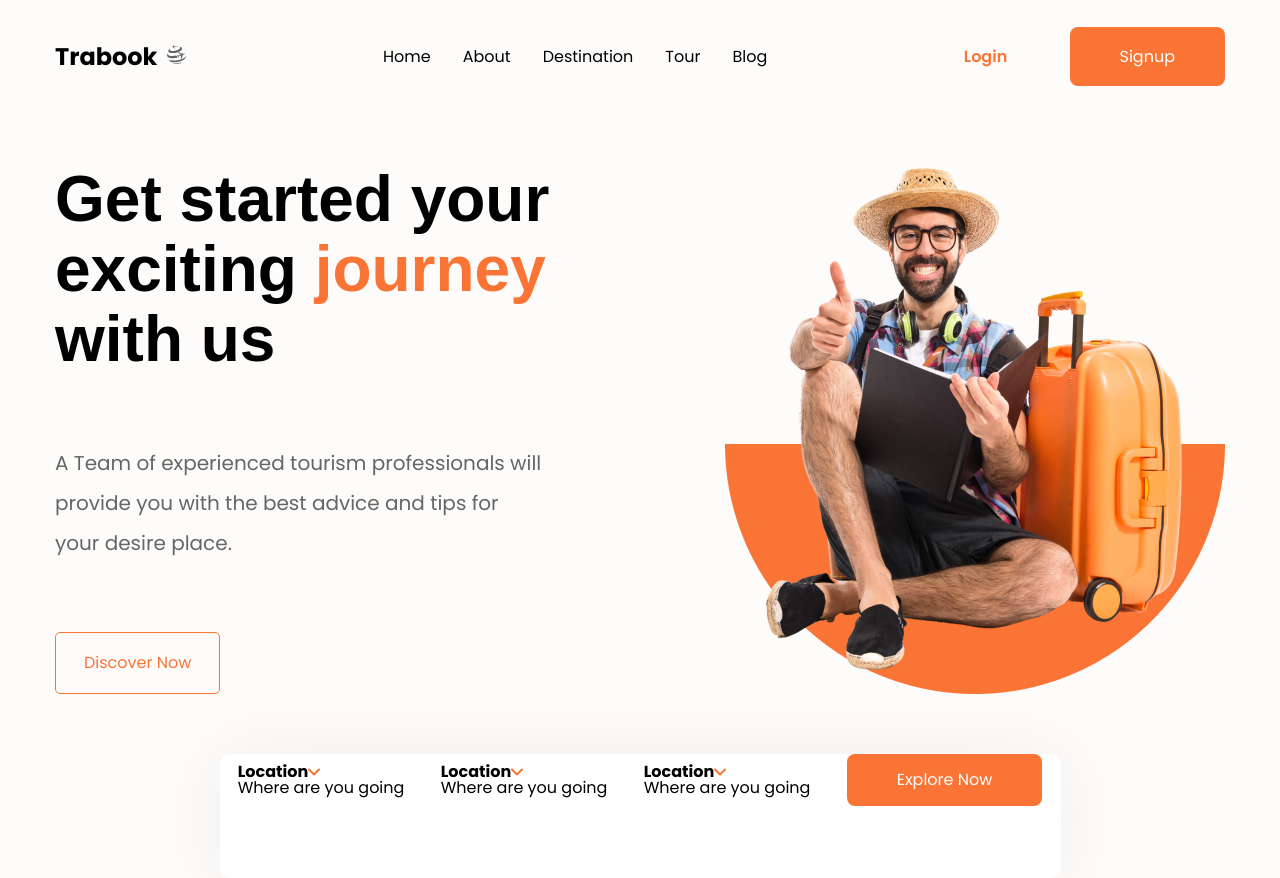
Repository: phobo99/phobo99.github.io
Page: Trabook/index.html
These files come from the project's save history. The page is drawn as it stood at one moment and after a run of saves; the edit follows.
The browser window is 1280 px wide. The pictures show the whole page.
Some web fonts or font styles are not loaded; a fallback is used. Some web libraries are served in a nearby version. The style sheet was rebuilt from its Sass, Less or Tailwind sources for each picture, by a compiler version that may differ from the author's.

Above is the page before, as saved 2022-06-18 23:13:47.

### Trabook/index.html
<!DOCTYPE html>
<html lang="en">

<head>
    <meta charset="UTF-8">
    <meta http-equiv="X-UA-Compatible" content="IE=edge">
    <meta name="viewport" content="width=device-width, initial-scale=1.0">
    <title>Responsive</title>
    <link
        href="https://fonts.googleapis.com/css2?family=Poppins:wght@300;400;500;600;700&family=Volkhov:wght@400;700&display=swap"
        rel="stylesheet">
    <link rel="stylesheet" href="https://cdnjs.cloudflare.com/ajax/libs/font-awesome/6.1.1/css/all.min.css"
        integrity="sha512-KfkfwYDsLkIlwQp6LFnl8zNdLGxu9YAA1QvwINks4PhcElQSvqcyVLLD9aMhXd13uQjoXtEKNosOWaZqXgel0g=="
        crossorigin="anonymous" referrerpolicy="no-referrer" />

    <link rel="stylesheet" href="reset.css">
    <link rel="stylesheet" href="style.css">
</head>

<body>
    <div class="container-fluid">
        <header class="header container">
            <div class="nav-bar">
                <div class="logo">
                    <span class="text-logo">Trabook</span>
                    <svg width="19" height="19" viewBox="0 0 19 19" fill="none" xmlns="http://www.w3.org/2000/svg">
                        <path
                            d="M1.64111 4.96058C1.79426 4.76583 1.99595 4.50221 2.15747 4.31379C2.6412 3.79446 2.70397 3.72638 3.14417 3.34242C3.27473 3.24108 3.42956 3.11917 3.58103 3.00437C2.46378 3.89896 2.32151 4.88933 3.3467 5.50129C3.34503 5.50129 3.34503 5.50129 3.34503 5.50287C4.77863 6.31987 7.92034 6.14333 10.3992 5.09675C12.8003 4.08342 13.6865 2.63388 12.5015 1.77254C11.4612 1.58808 10.221 1.56671 8.90871 1.73296L8.7723 1.52L8.88528 1.16692C9.6569 1.10121 10.39 1.11704 11.0227 1.21917C11.1759 1.24371 11.3776 1.28567 11.5282 1.31575C11.8194 1.38304 11.9776 1.42342 12.1676 1.48121C12.3617 1.53583 12.5274 1.59046 12.8162 1.69179C13.099 1.79708 13.2212 1.84458 13.448 1.95146C13.702 2.06108 13.9488 2.18506 14.187 2.32275C16.0751 3.44612 14.9009 5.49575 11.5692 6.90017C8.24673 8.29983 4.01287 8.51992 2.11563 7.41C2.11479 7.40842 2.11228 7.40683 2.10726 7.40525H2.11061C1.07453 6.78458 0.965735 5.88367 1.64111 4.96058ZM10.2854 12.8139L10.2586 11.552L9.31042 10.5545C6.17792 11.2258 3.09898 11.0817 1.38669 10.1278C1.38084 10.1215 1.36661 10.1151 1.36075 10.1088C0.391624 9.54433 0.152272 8.816 0.225082 8.02433C-0.00171646 9.18254 -0.0201282 9.60054 0.0125108 10.5917C0.0526817 11.2124 0.431795 11.7847 1.19421 12.236L1.20007 12.2423C3.02533 13.3158 6.82819 13.5486 10.2854 12.8139ZM14.2397 14.2587C9.81842 15.9362 4.28486 16.0352 1.8813 14.4827C2.14087 15.0828 2.49406 15.6427 2.92909 16.1437C5.13515 17.5687 10.2143 17.4776 14.2707 15.9378C16.645 15.0377 18.143 13.8399 18.5364 12.7173L18.6468 12.3793C18.9088 11.5227 18.9582 10.8094 19 10.1745C18.9523 11.5528 17.2358 13.1203 14.2397 14.2587ZM4.47986 17.4895C4.61878 17.6146 5.05564 18.122 7.26923 18.6825C7.86761 18.8076 9.37402 19.209 12.1567 18.6255L12.1734 18.3857L11.9533 18.0595C9.37151 18.6374 6.50347 18.4442 4.47986 17.4895ZM10.8687 7.50737L13.2196 9.19283C13.2196 9.19283 13.7225 9.53563 13.248 9.77629C12.7752 10.0146 11.5608 10.598 11.5608 10.598L10.3616 10.1745L9.75983 10.4278L10.821 11.2995L10.8294 12.6556L11.4529 12.3935L11.8663 11.248C11.8663 11.248 13.1359 10.7857 13.6397 10.6115C14.146 10.4413 14.0782 11.024 14.0782 11.024L13.8288 13.8035L14.6573 13.4552L16.0215 9.70504C16.0215 9.70504 16.7446 9.37254 17.2534 9.08042C17.7614 8.78829 17.9355 8.30379 17.9355 8.30379C17.9355 8.30379 17.44 8.10192 16.8693 8.26421C16.2985 8.42492 15.5545 8.7115 15.5545 8.7115L11.6947 7.16062L10.8687 7.50737ZM5.89505 2.17471L7.49101 3.37725L7.92703 3.3155L7.05833 2.23646C7.05833 2.23646 6.8692 2.01321 7.12361 1.96017C7.3797 1.90633 8.02746 1.78125 8.02746 1.78125L8.51453 2.14937L8.8426 2.10346L8.47101 1.54454L8.66685 0.924667L8.34966 0.968208L7.9739 1.44004C7.9739 1.44004 7.31443 1.49862 7.05499 1.51921C6.79388 1.53821 6.90602 1.273 6.90602 1.273L7.40648 0L6.96795 0.0609583L5.81303 1.65142C5.81303 1.65142 5.42806 1.71792 5.14938 1.79313C4.86985 1.86754 4.72256 2.07179 4.72256 2.07179C4.72256 2.07179 4.9276 2.22854 5.21633 2.223C5.50757 2.21746 5.89505 2.17471 5.89505 2.17471ZM13.7828 17.6265L12.7501 17.1158L12.5124 17.1942L13.1242 17.712C13.1242 17.712 13.2547 17.8172 13.1175 17.8735C12.9802 17.9289 12.6304 18.065 12.6304 18.065L12.3417 17.9431L12.1701 18.0017L12.4103 18.244L12.3868 18.5978L12.5659 18.5392L12.6998 18.2519C12.6998 18.2519 13.0631 18.1497 13.2078 18.1133C13.3518 18.0761 13.3192 18.236 13.3192 18.236L13.1827 19L13.4213 18.9216L13.8891 17.9115C13.8891 17.9115 14.0958 17.8347 14.2439 17.7642C14.3921 17.6937 14.4506 17.5639 14.4506 17.5639C14.4506 17.5639 14.3192 17.4958 14.1569 17.5299C13.9937 17.5623 13.7828 17.6265 13.7828 17.6265Z"
                            fill="#666666" />
                    </svg>
                </div>
                <div class="menu-list">
                    <ul class="menu">
                        <li>Home</li>
                        <li>About</li>
                        <li>Destination</li>
                        <li>Tour</li>
                        <li>Blog</li>
                    </ul>
                </div>
                <div class="nav-login">
                    <span class="login">Login</span>
                    <span class="sign-up button-primary">Signup</span>
                </div>
            </div>
            <div class="content">
                <div class="content-left">
                    <h1 class="header-content">Get started your exciting <span class="text-org">journey</span> with us
                    </h1>
                    <span class="desc-content">A Team of experienced tourism professionals will provide you with the
                        best advice and tips for
                        your desire place. </span>
                    <div class="content-button">
                        Discover Now
                    </div>
                </div>
                <div class="content-right">
                    <img src="./img/people-01.png" alt="" class="img-people">
                </div>
            </div>
            <div class="search-bar">
                <div class="list-search">
                    <div class="item-search">
                        <div class="title-item">
                            <p>Location</p>
                            <svg width="12" height="8" viewBox="0 0 12 8" fill="none"
                                xmlns="http://www.w3.org/2000/svg">
                                <path d="M1 1.5L6 6.5L11 1.5" stroke="#FA7436" stroke-width="2" stroke-linecap="round"
                                    stroke-linejoin="round" />
                            </svg>
                        </div>
                        <div class="desc-item">
                            Where are you going
                        </div>
                    </div>
                    <div class="item-search">
                        <div class="title-item">
                            <p>Location</p>
                            <svg width="12" height="8" viewBox="0 0 12 8" fill="none"
                                xmlns="http://www.w3.org/2000/svg">
                                <path d="M1 1.5L6 6.5L11 1.5" stroke="#FA7436" stroke-width="2" stroke-linecap="round"
                                    stroke-linejoin="round" />
                            </svg>
                        </div>
                        <div class="desc-item">
                            Where are you going
                        </div>
                    </div>
                    <div class="item-search">
                        <div class="title-item">
                            <p>Location</p>
                            <svg width="12" height="8" viewBox="0 0 12 8" fill="none"
                                xmlns="http://www.w3.org/2000/svg">
                                <path d="M1 1.5L6 6.5L11 1.5" stroke="#FA7436" stroke-width="2" stroke-linecap="round"
                                    stroke-linejoin="round" />
                            </svg>
                        </div>
                        <div class="desc-item">
                            Where are you going
                        </div>
                    </div>
                    <div class="button-primary">
                        Explore Now
                    </div>
                </div>
            </div>
        </header>
    </div>
</body>

</html>

### Trabook/style.scss
$bg-color: #fefcfb;
$bg-second: #f7f8fc;
$primary-color: #fa7436;
$header-color: #222;
$gray-color: #666666;

@mixin size($width, $height: $width) {
  width: $width;
  height: $height;
}
@mixin flexbox(
  $align: flex-start,
  $justify: flex-start,
  $flex-direction: row,
  $wrap: nowrap
) {
  display: flex;
  align-items: $align;
  justify-content: $justify;
  flex-direction: $flex-direction;
  flex-wrap: $wrap;
}
html {
  font-size: 62.5%;
}
* {
  box-sizing: border-box;
}
body {
  font-size: 1.6rem;
  font-family: "Poppins", sans-serif;
  font-weight: normal;
  background-color: #fefcfb;
}

a {
  text-decoration: none;
}

img {
  display: block;
  max-width: 100%;
}
h1 {
  font-family: "Volkhov", sans-serif;
  font-weight: 700;
  font-size: 64px;
  line-height: 70px;
}
.container-fluid {
  .container {
    max-width: 1170px;
    margin: 0 auto;
  }
  .text-org {
    color: $primary-color;
  }
  .desc-content {
    color: $gray-color;
    line-height: 2;
    font-size: 20px;
  }
  .button-primary {
    padding: 18px 50px;
    background-color: $primary-color;
    color: white;
    border-radius: 8px;
    cursor: pointer;
    &:hover {
      opacity: 0.8;
      transition: all 0.2s linear;
    }
  }
  .header {
    .nav-bar {
      display: flex;
      @include size(100%, 114px);
      align-items: center;
      justify-content: space-between;
      .logo {
        display: flex;
        cursor: pointer;
        .text-logo {
          font-size: 24px;
          font-weight: bold;
          margin-right: 10px;
        }
      }
      .menu-list {
        .menu {
          @include flexbox(stretch, space-between);
          gap: 32px;
          li {
            cursor: pointer;
          }
        }
      }
      .nav-login {
        .login {
          font-size: 16px;
          font-weight: 600;
          color: $primary-color;
          cursor: pointer;
          margin-right: 58px;
        }
      }
    }
    .content {
      @include size(100%, 530px);
      @include flexbox(stretch, space-between);
      margin-top: 50px;
      .content-left {
        @include flexbox(stretch, space-between, column);
        @include size(490px, auto);
        .header-content {
          width: 521px;
        }
        .content-button {
          width: fit-content;
          padding: 22px 28px;
          border: 1px solid $primary-color;
          border-radius: 5px;
          color: $primary-color;
        }
      }
      .content-right {
      }
    }
    .search-bar {
      background-color: white;
      width: 841px;
      height: 124px;
      margin: 0 auto;
      margin-top: 6rem;
      box-shadow: 0px 2px 80px 2px rgba(0, 0, 0, 0.06);
      border-radius: 10px;
      .list-search {
        display: flex;
        align-items: center;
        justify-content: space-around;

        .item-search {
          display: flex;
          flex-direction: column;
          .title-item {
            width: fit-content;
            display: flex;
            justify-content: center;
            align-items: center;
            font-weight: bold;
          }
          .desc-item {
          }
        }
      }
    }
  }
}
@media screen and (min-width: 768px) {
}
@media screen and (max-width: 767px) {
}

Loaded but not shown: Trabook/reset.css (common file)

After the next 2 saves:
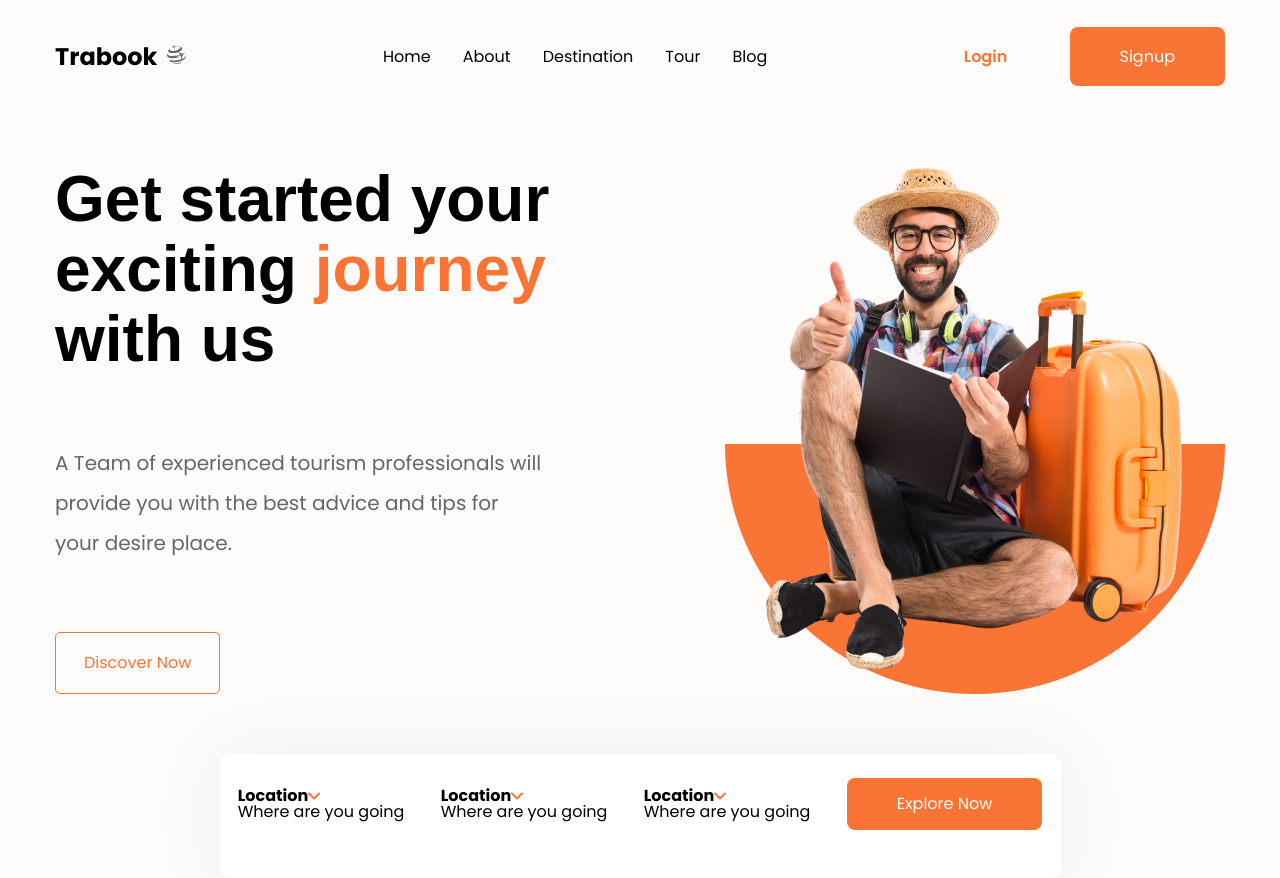
The 2 saves are shown as one change because they came seconds apart.
The last was saved 5 min 39 s later.
--- a/Trabook/style.scss
+++ b/Trabook/style.scss
@@ -135,6 +135,8 @@ h1 {
       box-shadow: 0px 2px 80px 2px rgba(0, 0, 0, 0.06);
       border-radius: 10px;
       .list-search {
+        width: 100%;
+        height: 100px;
         display: flex;
         align-items: center;
         justify-content: space-around;
